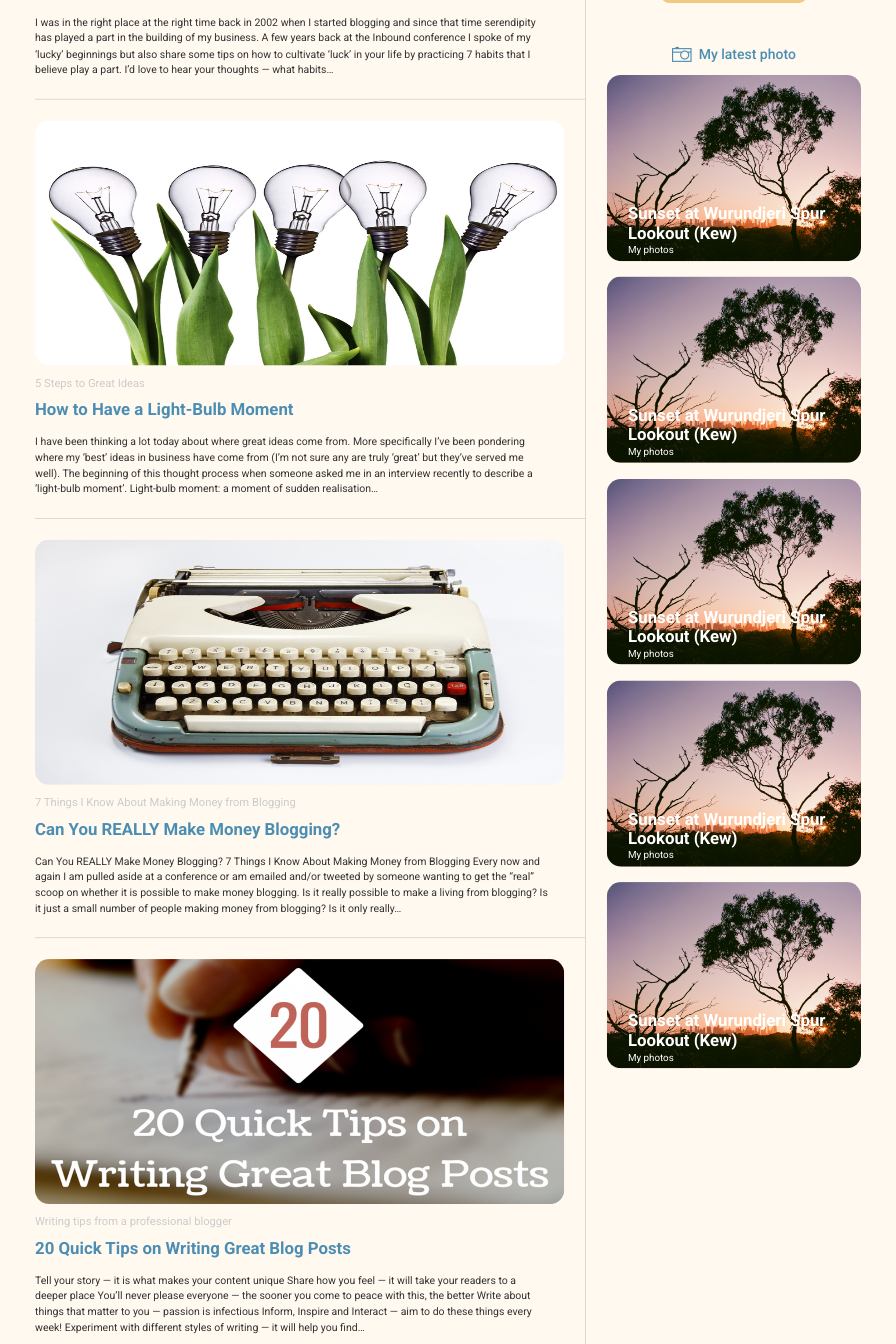
Repository: TranDinhTuann/Blog-Demo
Page: index.html
These files come from the project's save history. The page is drawn as it stood at one moment and after the next save; the edit follows.
The browser window is 1280 px wide. The pictures show the part of the page from y = 763 to 2683 px (the page is 2860 px tall), at 70% of full size.

Above is the page before, as saved 2023-03-22 21:32:36.

### index.html
<!DOCTYPE html>
<html lang="en">
<head>
    <meta charset="UTF-8">
    <meta http-equiv="X-UA-Compatible" content="IE=edge">
    <meta name="viewport" content="width=device-width, initial-scale=1.0">
    <title>Blog của Tuấn</title>
    <link rel="stylesheet" href="./assets/css/base.css">
    <link rel="stylesheet" href="./assets/css/main.css">
    <link rel="stylesheet" href="https://cdnjs.cloudflare.com/ajax/libs/normalize/8.0.1/normalize.min.css">
    <link rel="stylesheet" href="./assets/fonts/fontawesome-free-6.2.1-web/css/all.min.css">
    <link rel="stylesheet" href="./assets/fonts/themify-icons/themify-icons.css">
    <link rel="preconnect" href="https://fonts.googleapis.com"><link rel="preconnect" href="https://fonts.gstatic.com" crossorigin><link href="https://fonts.googleapis.com/css2?family=Roboto:wght@300;400;500;700&display=swap" rel="stylesheet">
</head>
<body>
    <div class="app">
        <div class="header">
            <nav class="navbar">
                <a class="navbar__head">
                    <i class="navbar__head-icon fa-solid fa-graduation-cap"></i>
                    <div class="navbar__name">Tuan Tran</div>
                </a>

                <ul class="navbar__list">
                    <li class="navbar__list-item">
                        <a href="" class="navbar__list-item-link">
                            <i class="navbar__list-item-icon fa-regular fa-user"></i>
                            <span class="navbar__list-item-text">About</span>
                        </a>
                    </li>
                    <li class="navbar__list-item">
                        <a href="" class="navbar__list-item-link">
                            <i class="navbar__list-item-icon fa-brands fa-think-peaks"></i>
                            <span class="navbar__list-item-text">My Thoughts</span>
                        </a>
                    </li>
                    <li class="navbar__list-item">
                        <a href="" class="navbar__list-item-link">
                            <i class="navbar__list-item-icon ti-direction-alt"></i>
                            <span class="navbar__list-item-text">My Journey</span>
                        </a>
                    </li>
                    <li class="navbar__list-item">
                        <a href="" class="navbar__list-item-link">
                            <i class="navbar__list-item-icon ti-camera"></i>
                            <span class="navbar__list-item-text">My Photos</span>
                        </a>
                    </li>
                    <li class="navbar__list-item">
                        <a href="" class="navbar__list-item-link">
                            <i class="navbar__list-item-icon fa-regular fa-bell"></i>
                            <span class="navbar__list-item-text">Subscribe</span>
                        </a>
                    </li>
                </ul>
            </nav>

            <div class="intro">
                <div class="intro__img">
                    <img src="./assets/img/logo.JPG" alt="" class="intro__img-image">
                </div>
                <div class="intro__text">
                    <div class="intro__head">Hi! I'm Tuan Tran </div>
                    <div class="intro__des">Speaker, Author, Blogger, Podcaster & Founder of ProBlogger & Digital Photography School. Ambassador for WorldVision Aus. Father of 3 boys & husband to Vanessa.</div>
                </div>
            </div>
        </div>

        <div class="grid">
            <div class="grid1">
                <div class="content">
                    <div class="columns">
                        <div class="img-human">
                            <img class="img-ong" src="./assets/img/slider/human1.png" alt="">
                        </div>
                        <div class="column-text">
                            <p class="des">Tips for increasing your luckiness</p>
                            <div class="heading">How to Get Lucky</div>
                            <div class="sub-heading">I was in the right place at the right time back in 2002 when I started blogging and since that time serendipity has played a part in the building of my business. A few years back at the Inbound conference I spoke of my ‘lucky’ beginnings but also share some tips on how to cultivate ‘luck’ in your life by practicing 7 habits that I believe play a part. I’d love to hear your thoughts — what habits…</div>
                        </div>
                    </div>
                    <div class="columns">
                        <div class="img-human">
                            <img class="img-ong" src="./assets/img/slider/human2.jpg" alt="">
                        </div>
                        <div class="column-text">
                            <p class="des">5 Steps to Great Ideas</p>
                            <div class="heading">How to Have a Light-Bulb Moment</div>
                            <div class="sub-heading">I have been thinking a lot today about where great ideas come from. More specifically I’ve been pondering where my ‘best’ ideas in business have come from (I’m not sure any are truly ‘great’ but they’ve served me well). The beginning of this thought process when someone asked me in an interview recently to describe a ‘light-bulb moment’. Light-bulb moment: a moment of sudden realisation…</div>
                        </div>
                    </div>
                    <div class="columns">
                        <div class="img-human">
                            <img class="img-ong" src="./assets/img/slider/human3.jpg" alt="">
                        </div>
                        <div class="column-text">
                            <p class="des">7 Things I Know About Making Money from Blogging</p>
                            <div class="heading">Can You REALLY Make Money Blogging?</div>
                            <div class="sub-heading">Can You REALLY Make Money Blogging? 7 Things I Know About Making Money from Blogging Every now and again I am pulled aside at a conference or am emailed and/or tweeted by someone wanting to get the “real” scoop on whether it is possible to make money blogging. Is it really possible to make a living from blogging? Is it just a small number of people making money from blogging? Is it only really…</div>
                        </div>
                    </div>
                    <div class="columns no--border">
                        <div class="img-human">
                            <img class="img-ong" src="./assets/img/slider/human4.png" alt="">
                        </div>
                        <div class="column-text">
                            <p class="des">Writing tips from a professional blogger</p>
                            <div class="heading">20 Quick Tips on Writing Great Blog Posts</div>
                            <div class="sub-heading">Tell your story — it is what makes your content unique Share how you feel — it will take your readers to a deeper place You’ll never please everyone — the sooner you come to peace with this, the better Write about things that matter to you — passion is infectious Inform, Inspire and Interact — aim to do these things every week! Experiment with different styles of writing — it will help you find…</div>
                        </div>
                    </div>
                    <div class="btn-content">
                        <button class="btn-thought">
                            <i class="navbar__list-item-icon fa-brands fa-think-peaks"></i>
                            <span class="my-thoughts">Browser My Thoughts</span>
                        </button>
                    </div>
                </div>

                <div class="sitebar">
                    <div class="row">
                        <div class="row-head">
                            <i class="row-icon ti-camera"></i>
                            <div class="row-heading">My latest photo</div>
                        </div>
                        <div class="row-img">
                            <img src="./assets/img/slider/nature1.jpg" alt="" class="img-nature">
                            <div class="row-text">
                                <div class="text-heading">Sunset at Wurundjeri Spur Lookout (Kew)</div>
                                <div class="text-des">My photos</div>
                            </div>
                        </div>
                    </div>

                    <div class="row">
                        <div class="btn-content">
                            <button class="btn-thought">
                                <i class="navbar__list-item-icon fa-brands fa-think-peaks"></i>
                                <span class="my-thoughts">Browser My Photos</span>
                            </button>
                        </div>
                    </div>

                    <div class="row">
                        <div class="row-head">
                            <i class="row-icon ti-camera"></i>
                            <div class="row-heading">My latest photo</div>
                        </div>
                        <div class="row-img">
                            <img src="./assets/img/slider/nature1.jpg" alt="" class="img-nature">
                            <div class="row-text">
                                <div class="text-heading">Sunset at Wurundjeri Spur Lookout (Kew)</div>
                                <div class="text-des">My photos</div>
                            </div>
                        </div>
                        <div class="row-img">
                            <img src="./assets/img/slider/nature1.jpg" alt="" class="img-nature">
                            <div class="row-text">
                                <div class="text-heading">Sunset at Wurundjeri Spur Lookout (Kew)</div>
                                <div class="text-des">My photos</div>
                            </div>
                        </div>
                        <div class="row-img">
                            <img src="./assets/img/slider/nature1.jpg" alt="" class="img-nature">
                            <div class="row-text">
                                <div class="text-heading">Sunset at Wurundjeri Spur Lookout (Kew)</div>
                                <div class="text-des">My photos</div>
                            </div>
                        </div>
                        <div class="row-img">
                            <img src="./assets/img/slider/nature1.jpg" alt="" class="img-nature">
                            <div class="row-text">
                                <div class="text-heading">Sunset at Wurundjeri Spur Lookout (Kew)</div>
                                <div class="text-des">My photos</div>
                            </div>
                        </div>
                        <div class="row-img">
                            <img src="./assets/img/slider/nature1.jpg" alt="" class="img-nature">
                            <div class="row-text">
                                <div class="text-heading">Sunset at Wurundjeri Spur Lookout (Kew)</div>
                                <div class="text-des">My photos</div>
                            </div>
                        </div>
                    </div>
                </div>
            </div>
        </div>

        <footer class="footer">

        </footer>
    </div>
</body>
</html>

### assets/css/base.css
:root {
    --white-color: #fff;
    --black-color: #000;
    --text-color: #333;
    --primary-color: #fff9ef;
    --header-primary-color: rgb(255, 253, 249);
}

* {
    box-sizing: inherit;
}

html {
    /* hack */
    font-size: 62.5%;
    line-height: 1.6rem;
    font-family: 'Roboto', sans-serif;
    box-sizing: border-box;
}

@keyframes fadeIn {
    from{
        opacity: 0;
    }
    to{
        opacity: 1;
    }
}

@keyframes growth {
    from{
        transform: calc(0);
    }
    to{
        transform: calc(1);
    }
}

img{
    width: 100%;
    border-radius: 20px;
}
.img-ong{
    height: 350px;
    display: block;
}
.img-human{
    margin-right: 30px;
    height: 350px;
    display: block;
}
a{
    display: block;
    cursor: pointer;
}

### assets/css/main.css
.app{
    height: 1000px;
    background-color: rgb(255, 253, 249);
}

.header{
    height: 280px;
    margin: 0 50px;
}

.navbar{
    height: 60px;
    border-bottom: 1px solid #ccc;
    display: flex;
    align-items: center;
    justify-content: space-between;
}

.navbar__head-icon {
    font-size: 2rem;
    margin-right: 8px;
}

.navbar__name {
    font-size: 2rem;

}

.navbar__head {
    display: flex;
}

.navbar__head:hover {
    cursor: pointer;
    opacity: 0.5;
}

.navbar__list {
    display: flex;
    list-style: none;
    font-size: 1.4rem;
}

.navbar__list-item {
    padding: 0 16px;
    line-height: 60px;
}

.navbar__list-item:hover {
    cursor: pointer;
    opacity: 0.5;
}

.navbar__list-item-link {
    color: #000;
    text-decoration: none;
}

.navbar__list-item-icon{
    font-size: 2rem;
    padding-right: 4px;
}


.intro {
    display: flex;
    margin-top: 50px;
}

.intro__img {
    width: 30%;
    height: 50px;
}

.intro__img-image {
    width: 100%;
    background-size:cover;
}

.intro__text{
    padding-left: 40px;
}

.intro__head {
    font-size: 3rem;
}

.intro__des {
    font-size: 1.8rem;
    padding: 10px 250px 0 0;
    line-height: 2.4rem;
}


/* Grid */
.grid {
    background-color: rgb(255, 249, 239);
    /* height: 6000px; */
    /* display: flex; */
}
.grid1  {
    margin: 0 50px;
    display: flex;
    padding-top: 26px;
}
.content {
    border-right: 1px solid #ccc;
    /* height: 600px; */
    flex: 2;
}
.columns {
    padding: 30px 0;
    border-bottom: 1px solid #ccc;
    cursor: pointer;
}
.columns.no--border{
    border: none;
}
.sitebar {
    flex: 1;
}

.column-text{
    padding: 0 50px 0 0;
}
.des{
    font-size: 16px;
    color: #ccc;
}
.heading {
    font-size: 24px;
    font-weight: 700;
    color: #4c8eb3;
}
.sub-heading {
    color: #333333;
    font-size: 15px;
    padding-top: 20px;
    line-height: 1.5;
}
.btn-content{
    display: flex;
    align-items: center;
    justify-content: center;
    color: #000;
    padding: 30px 0;
}
.btn-thought {
    padding: 14px 20px;
    display: block;
    background-color: rgb(241, 202, 130);
    outline: none;
    border: none;
    border-radius: 10px;
}
.btn-thought:hover{
    background-color:  rgba(241, 202, 130, 0.6);
}
.my-thoughts{
    font-size: 16px;
}

/* sitebar */
.row{
    margin: 20px 0 30px 30px;
}
.row-head {
    display: flex;
    align-items: center;
    justify-content: center;
    color: #4c8eb3;
    padding-bottom: 15px;
}
.row-icon{
    font-size: 28px;
    margin-right: 10px;
}
.row-heading{
    font-size: 20px;
    font-weight: 500;
}
.row-img{
    position: relative;
}
.row-text{
    position: absolute;
    bottom: 30px;
    left: 30px;
    color: #fff;
}
.text-heading{
    font-size: 24px;
    font-weight: 1000;
}
.text-des{
    font-size: 14px;
    line-height: 18px;
}
.img-nature{
    margin-bottom: 20px;
}

/* footer */
.footer{
    height: 50px;
}

Loaded but not shown: assets/fonts/fontawesome-free-6.2.1-web/css/all.min.css (library); assets/fonts/themify-icons/themify-icons.css (common file)

After the next save:
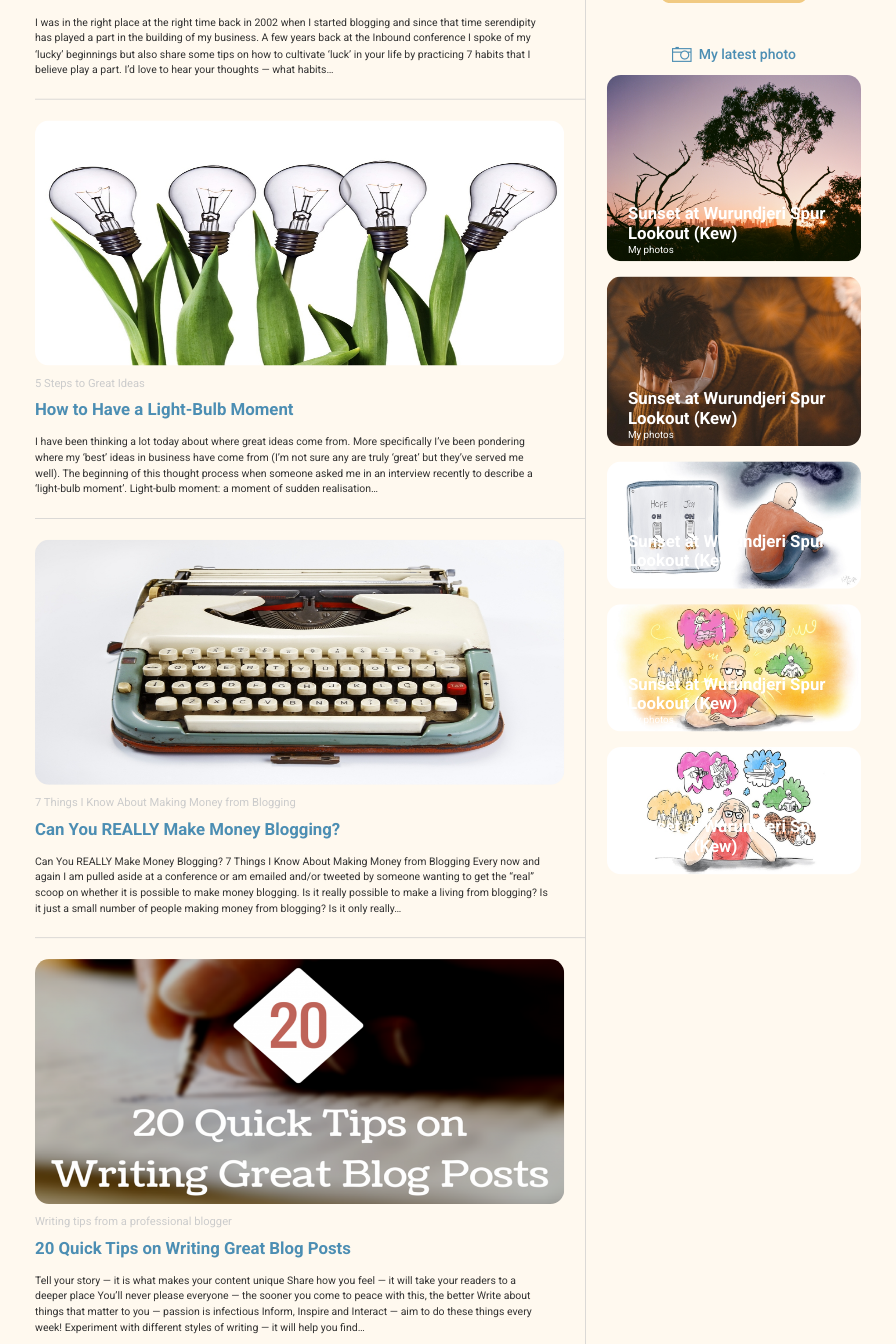
Saved 35 s later.
--- a/index.html
+++ b/index.html
@@ -154,28 +154,28 @@
                             </div>
                         </div>
                         <div class="row-img">
-                            <img src="./assets/img/slider/nature1.jpg" alt="" class="img-nature">
+                            <img src="./assets/img/slider/nature2.jpg" alt="" class="img-nature">
                             <div class="row-text">
                                 <div class="text-heading">Sunset at Wurundjeri Spur Lookout (Kew)</div>
                                 <div class="text-des">My photos</div>
                             </div>
                         </div>
                         <div class="row-img">
-                            <img src="./assets/img/slider/nature1.jpg" alt="" class="img-nature">
+                            <img src="./assets/img/slider/nature3.jpg" alt="" class="img-nature">
                             <div class="row-text">
                                 <div class="text-heading">Sunset at Wurundjeri Spur Lookout (Kew)</div>
                                 <div class="text-des">My photos</div>
                             </div>
                         </div>
                         <div class="row-img">
-                            <img src="./assets/img/slider/nature1.jpg" alt="" class="img-nature">
+                            <img src="./assets/img/slider/nature4.jpg" alt="" class="img-nature">
                             <div class="row-text">
                                 <div class="text-heading">Sunset at Wurundjeri Spur Lookout (Kew)</div>
                                 <div class="text-des">My photos</div>
                             </div>
                         </div>
                         <div class="row-img">
-                            <img src="./assets/img/slider/nature1.jpg" alt="" class="img-nature">
+                            <img src="./assets/img/slider/nature5.jpg" alt="" class="img-nature">
                             <div class="row-text">
                                 <div class="text-heading">Sunset at Wurundjeri Spur Lookout (Kew)</div>
                                 <div class="text-des">My photos</div>
